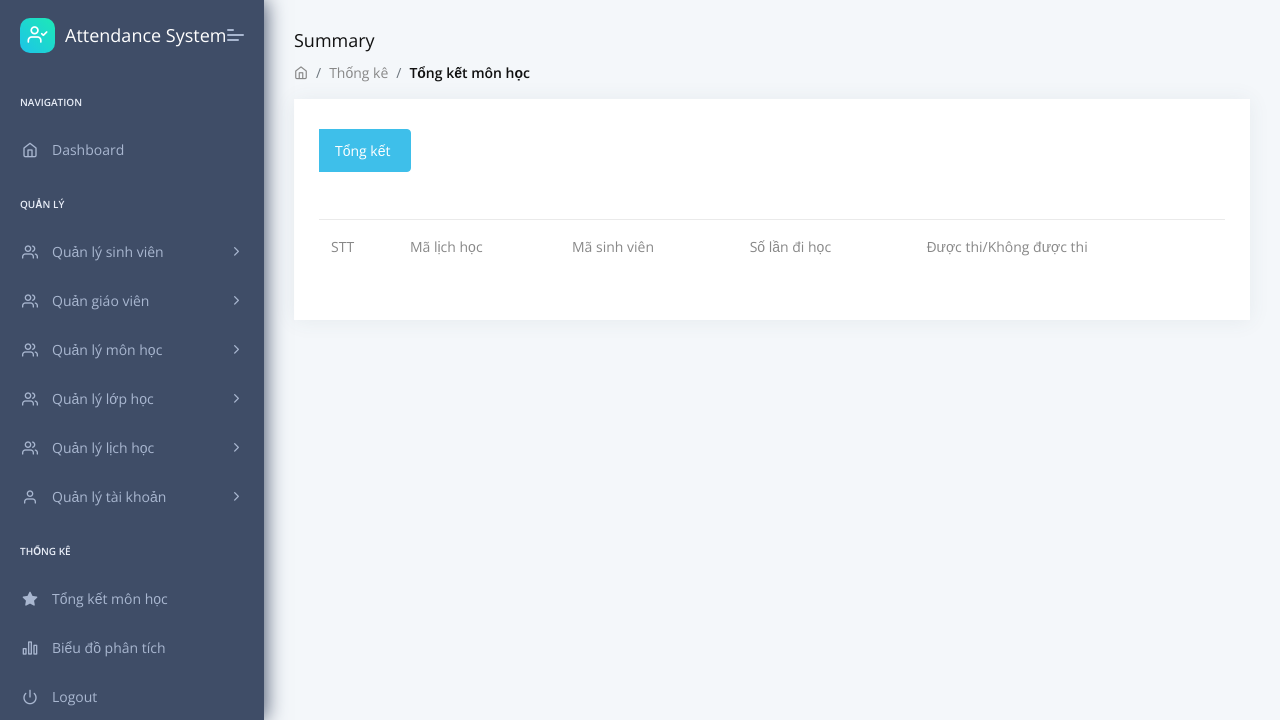
Repository: nguyen-tien-tai12112001/Python_Face_Recognition_Attendance
Page: apps/templates/home/summary/summary.html
These files come from the project's save history. The page is drawn as it stood at one moment and after the next save; the edit follows.
The browser window is 1280 px wide. The pictures show the whole page.
The template is drawn by Flask 3. The application's start-up code is not run. The template is opened directly, without the code that normally fills it, so the values that code supplies are empty.

Above is the page before, as saved 2022-03-01 00:04:34.

After the next save:
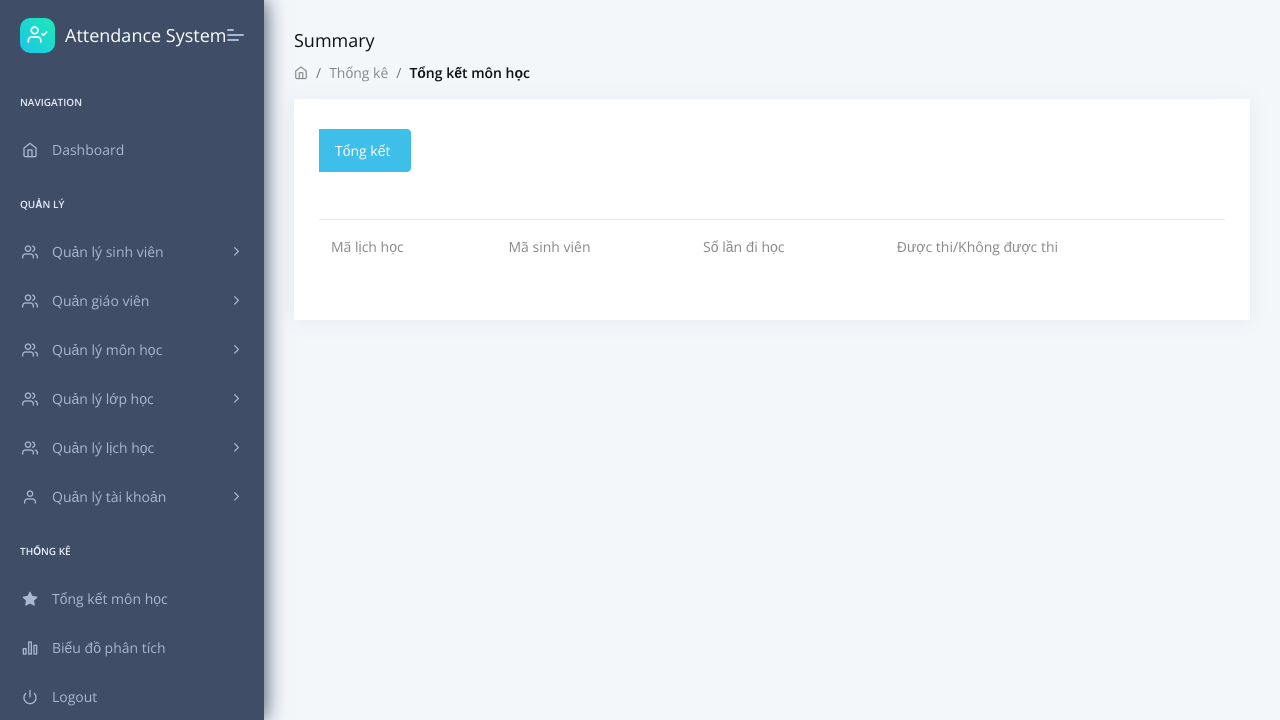
Saved 54 s later.
--- a/apps/templates/home/summary/summary.html
+++ b/apps/templates/home/summary/summary.html
@@ -57,7 +57,7 @@
                                     <br>
                                     <table class="table table-striped">
                                         <thead>
-                                            <td>STT</td>
+
                                             <td>Mã lịch học</td>
                                            <td>Mã sinh viên</td>
                                            <td>Số lần đi học</td>
